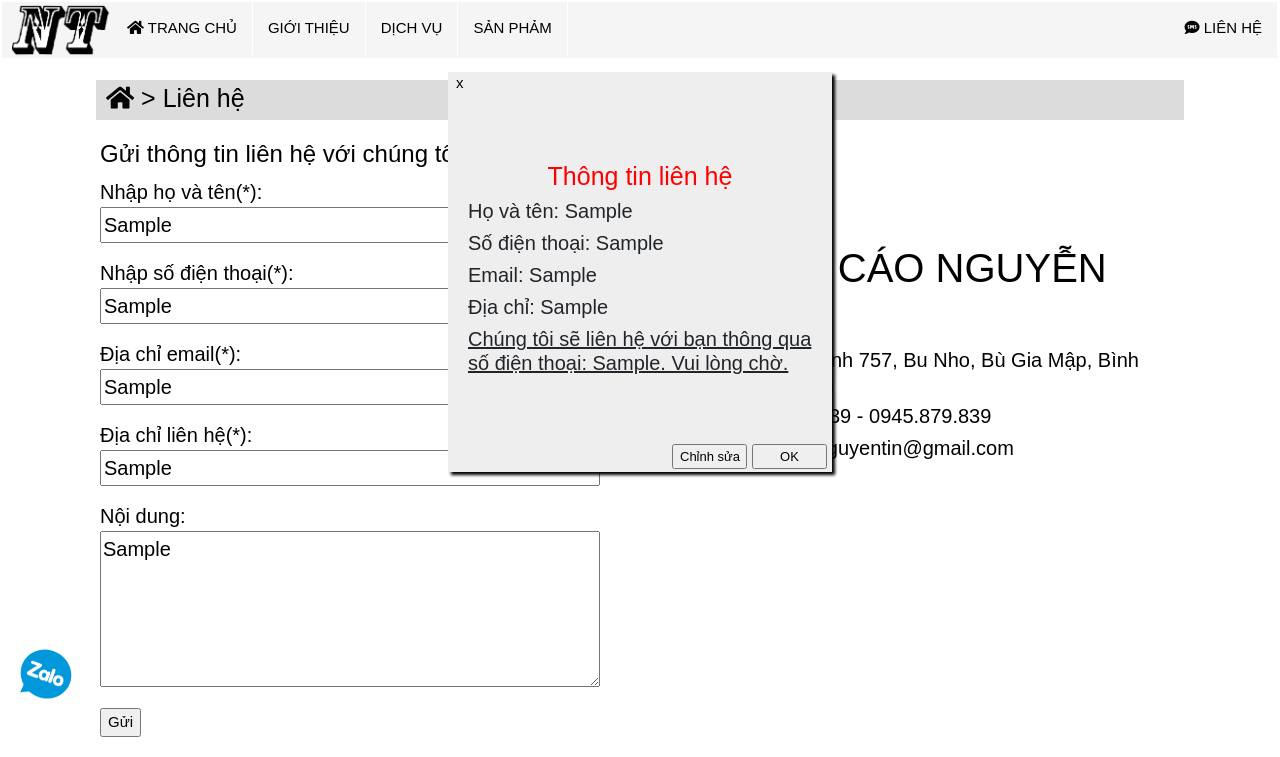
Repository: Haunguyen42193/quangcaonguyentin.github.io
Page: contact.html
An editor plug-in stored every save of this project. The page is shown before and after the next save, followed by the edit.
The browser window is 1280 px wide. The pictures show the part of the page from y = 0 to 757 px (the page is 1526 px tall).
Empty fields were first filled with sample values (such as "Sample", 5 or name@example.com).
After loading, the first visible `#submit` was clicked once.
Pictures or frames that could not be fetched are drawn as grey boxes. Some web fonts or font styles are not loaded; a fallback is used. Some web libraries are served in a nearby version.

Above is the page before, as saved 2021-09-17 18:36:46.

After the next save:
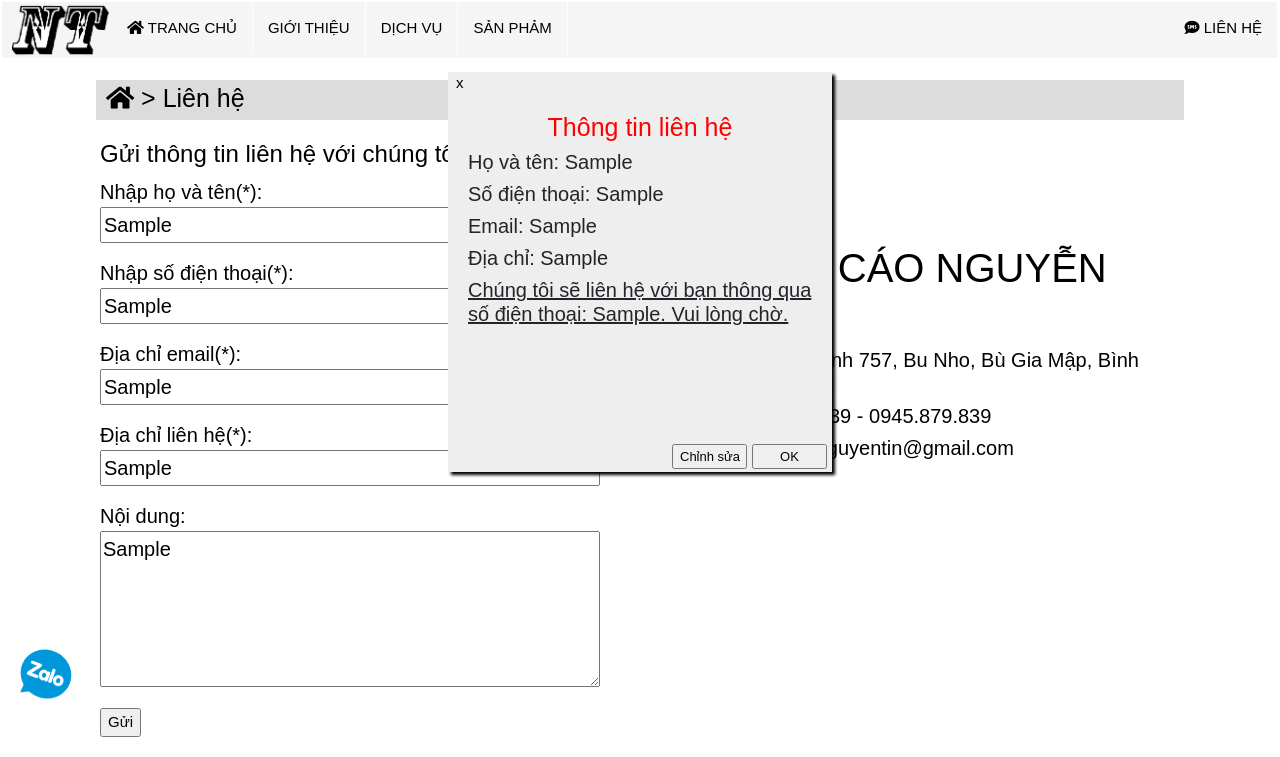
Saved 39 s later.
--- a/CSS/stylecontact.css
+++ b/CSS/stylecontact.css
@@ -270,9 +270,16 @@ a:active{
     top: 10%;
     left:35%;
     box-shadow: 3px 3px 3px black;
-    display: flex;
-    flex-direction: column;
-    justify-content: center;
+}
+.informa{
+    position: fixed;
+    width: 30%;
+    height: 200px;
+    background-color: rgb(238, 238, 238);
+    z-index: 99;
+    top: 10%;
+    left:35%;
+    box-shadow: 3px 3px 3px black;
 }
 .inform a{
     padding: 0 8px 5px;
